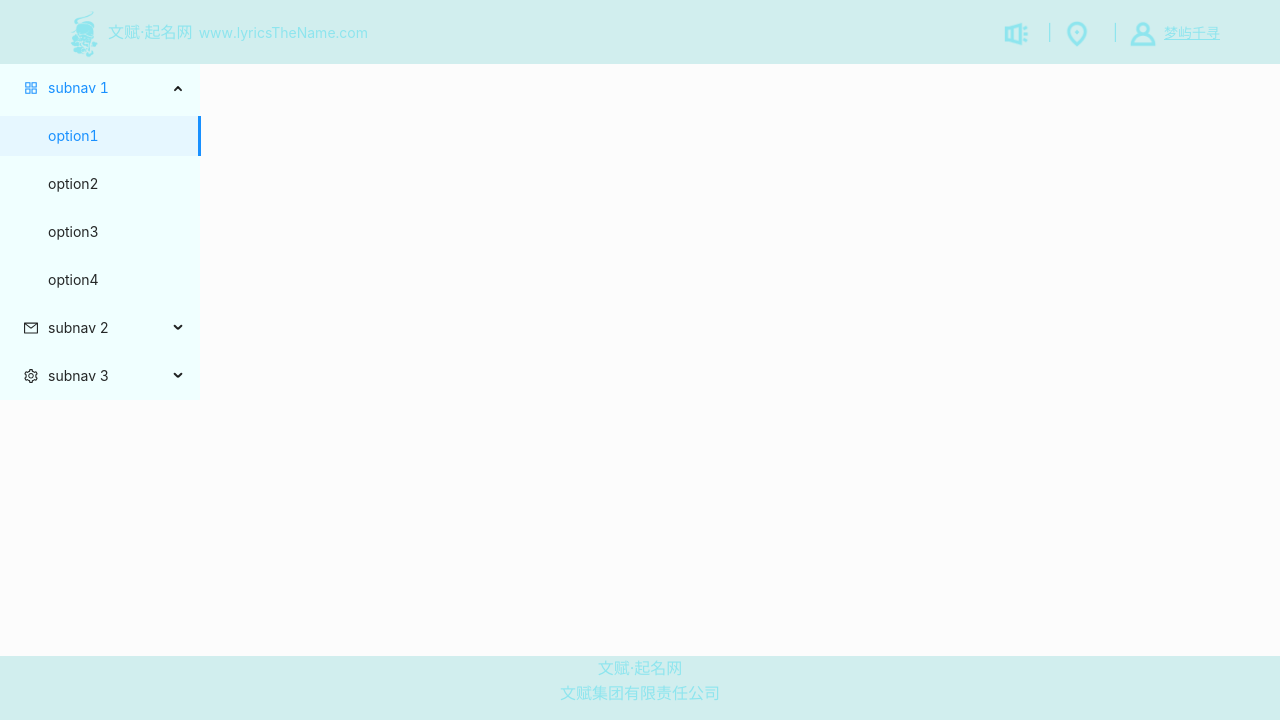
Repository: fangxueliang/react-redux-
Page: /
An editor plug-in stored every save of this project. The page is shown before and after the next save, followed by the edit.
The browser window is 1280 px wide. The pictures show the whole page.
The project was rebuilt for these pictures with package versions that can differ from the ones it lists, and the page was loaded fresh each time.

Above is the page before, as saved 2020-12-30 13:17:49.

After the next save:
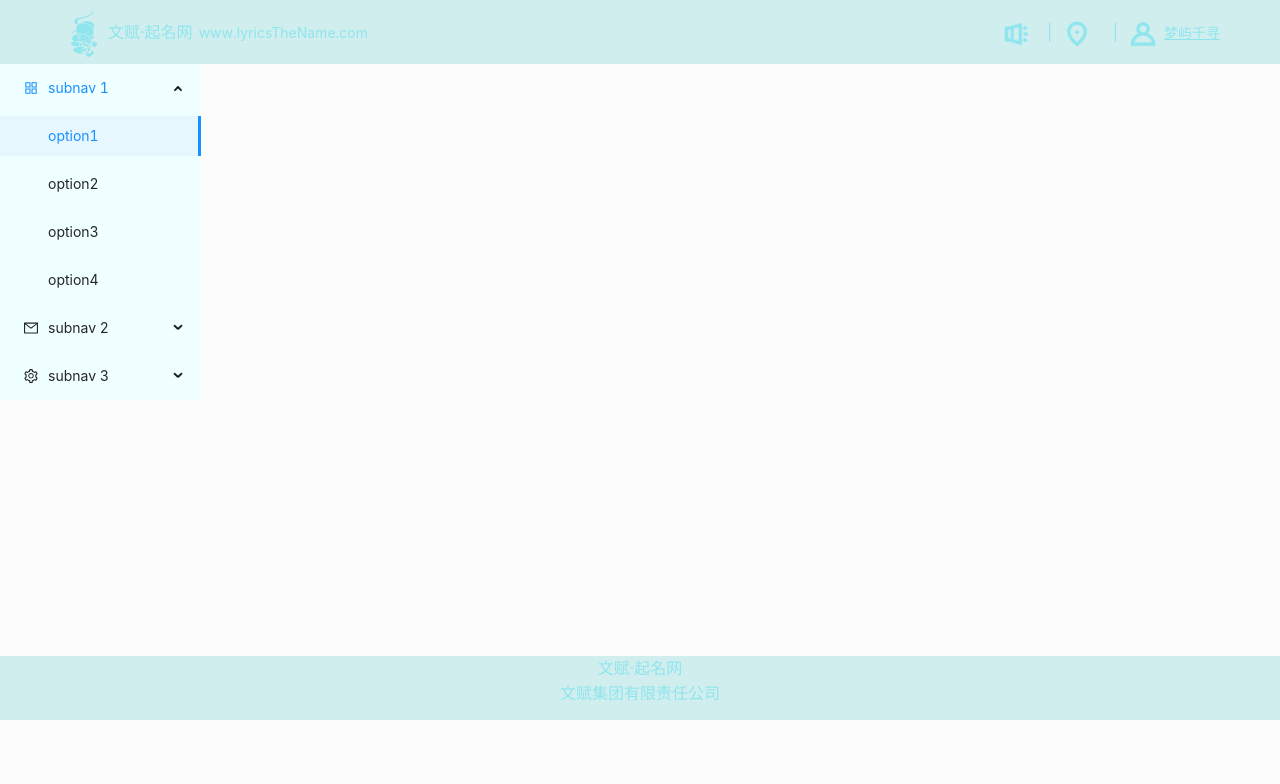
Saved 81 s later.
--- a/src/Common/CSS/layout.css
+++ b/src/Common/CSS/layout.css
@@ -29,7 +29,7 @@
 }
 
 .Home_layout .Home_main {
-    height: 60vh;
+    height: 100vh;
 }
 
 .Home_layout .Home_content {
